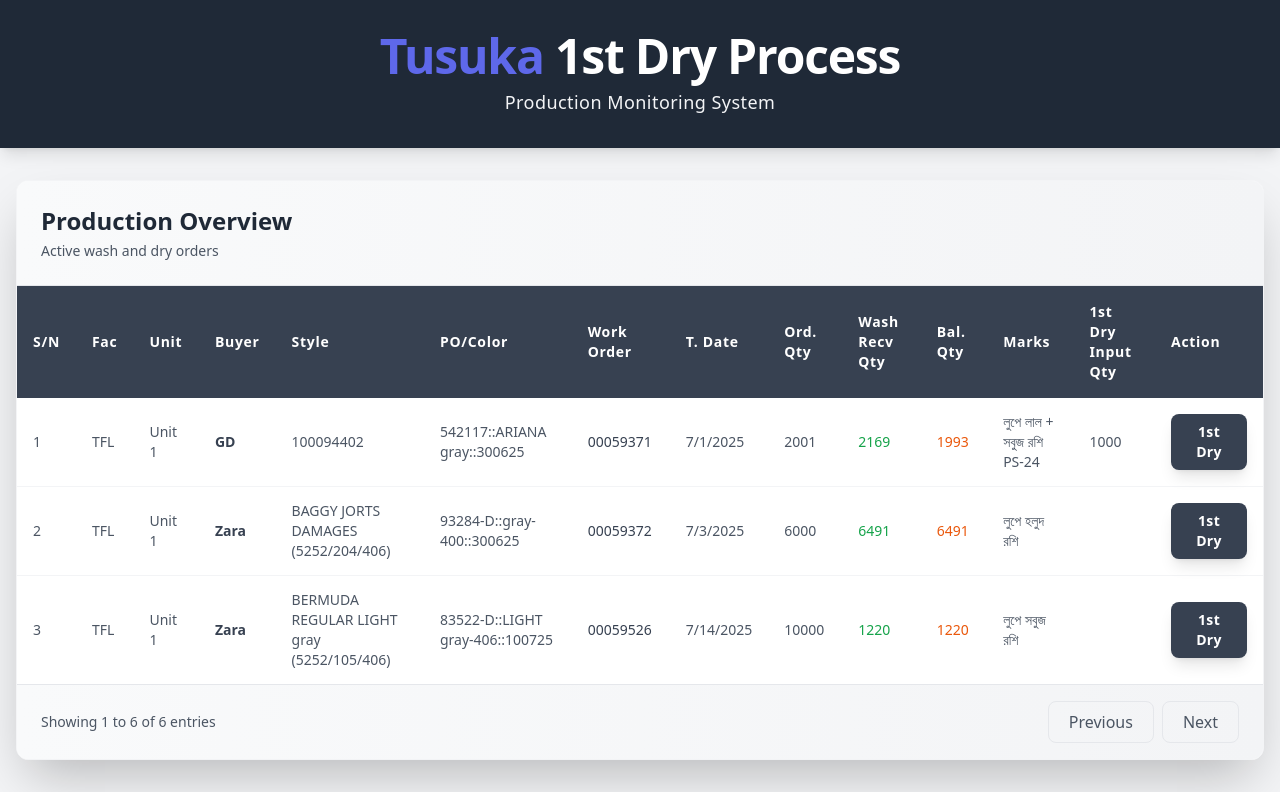
Repository: AhmedMuktadir14218/TusukaDryWash
Page: 1st Dry/index.html
The author's editor kept a copy of each file at every save. The page is drawn from the files as they stood at one save, then again after the next save.
The browser window is 1280 px wide. The pictures show the whole page.
Some web libraries are served in a nearby version.

Above is the page before, as saved 2025-06-29 16:43:46.

After the next save:
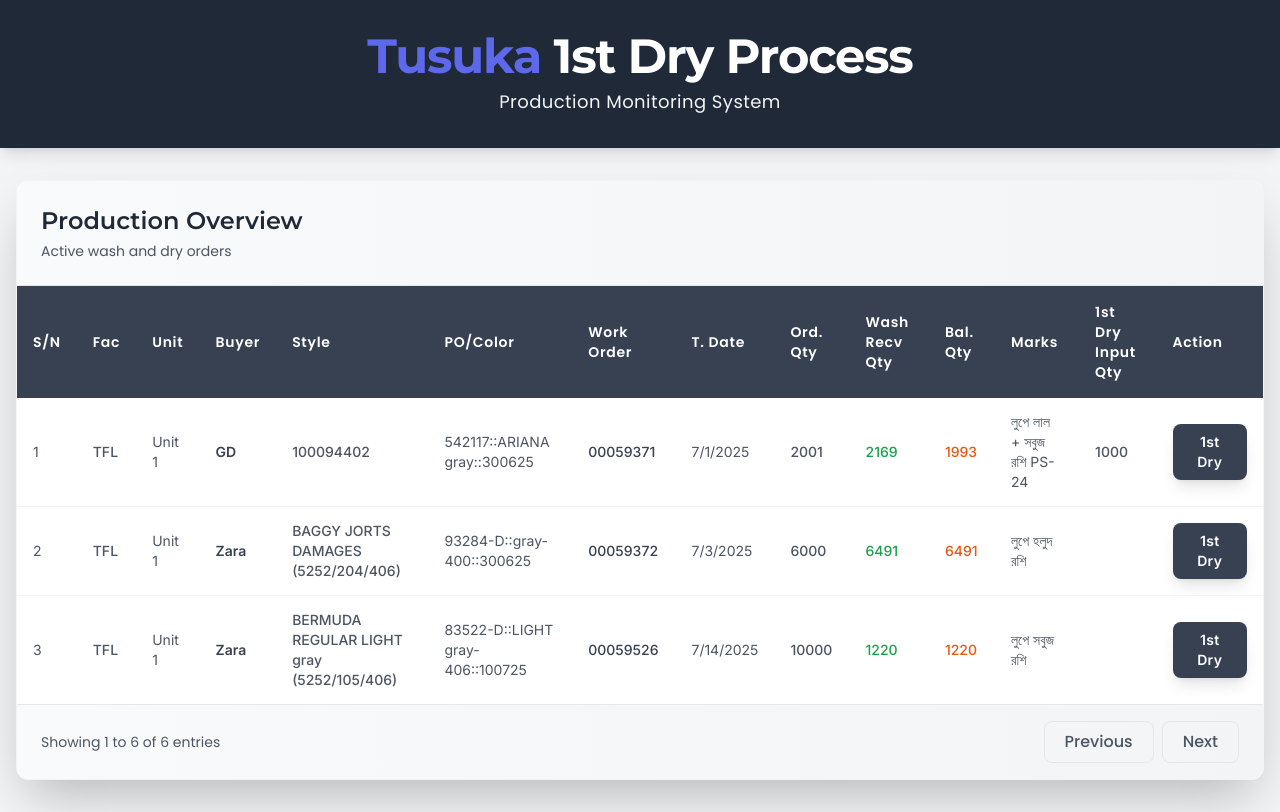
Saved 4 s later.
--- a/1st Dry/index.html
+++ b/1st Dry/index.html
@@ -7,7 +7,7 @@
     <script src="https://cdn.tailwindcss.com"></script>
     <link href="https://fonts.googleapis.com/css2?family=Inter:wght@300;400;500;600;700&family=Poppins:wght@400;500;600;700&family=Montserrat:wght@400;500;600;700&display=swap" rel="stylesheet">
 
-  <link rel="stylesheet" href="./">
+  <link rel="stylesheet" href="./style.css">
 </head>
 <body class="bg-gray-100 text-gray-900 font-inter">
     <div class="bg-gray-800 shadow-lg py-8 mb-8">
